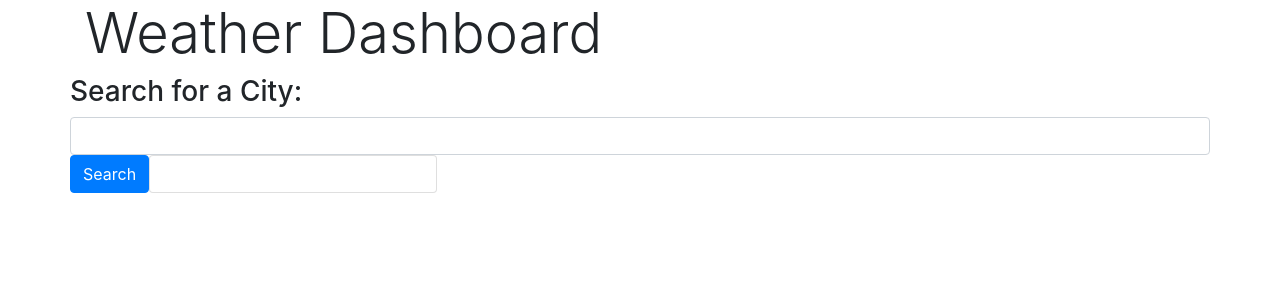
Repository: LaBrewT2/weather-dashboard
Page: index.html
The author's editor kept a copy of each file at every save. The page is drawn from the files as they stood at one save, then again after a run of saves.
The browser window is 1280 px wide. The pictures show the whole page.
Some web libraries are served in a nearby version.

Above is the page before, as saved 2021-01-03 19:35:44.

After the next 2 saves:
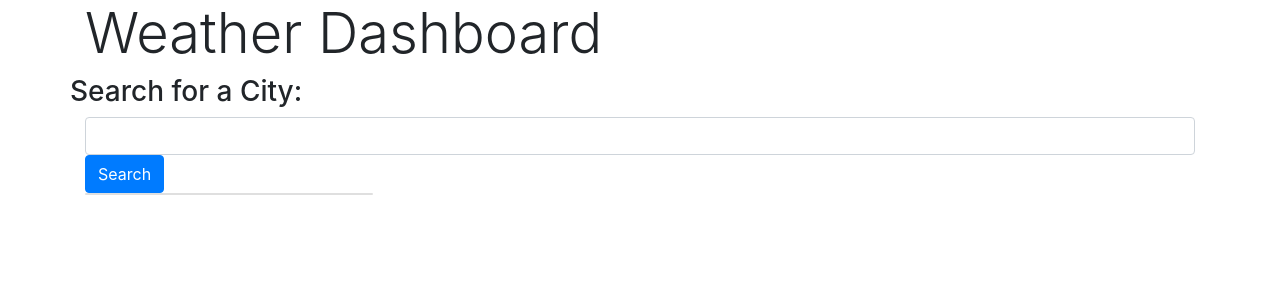
The 2 saves are shown as one change because they came seconds apart.
The last was saved 7 s later.
--- a/index.html
+++ b/index.html
@@ -25,7 +25,7 @@
 <div id ="maincontainer" class="container">
   <div class="row" id = "searchBlock">
     <h3>Search for a City:</h3>
-    </
+  </div>
     <span id="error"></span>
     <input type="text" class="form-control" id="city" aria-describedby="basic-addon3">
     <input class="btn btn-primary" id="search" type="submit" value="Search">
